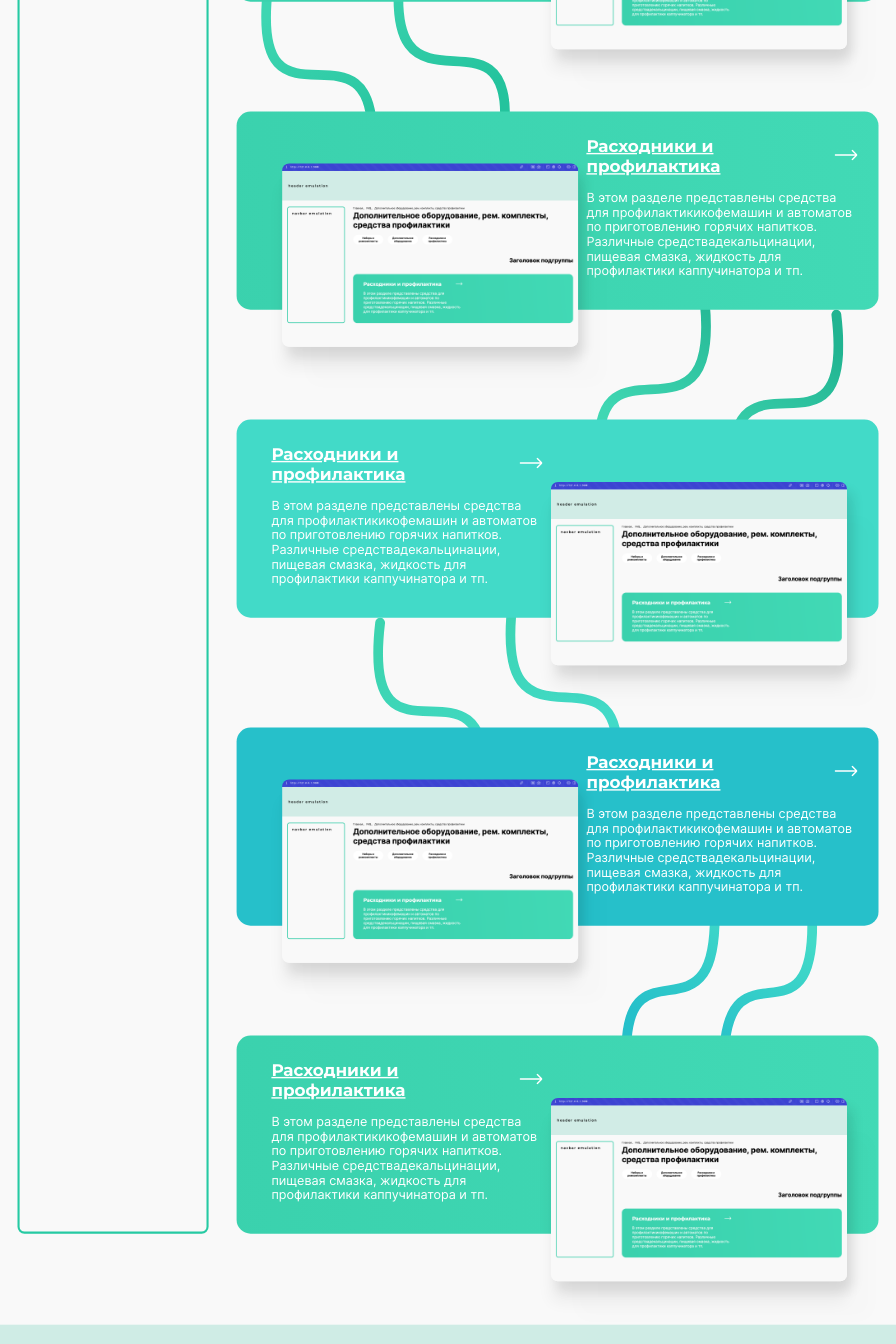
Repository: axonde/venpart-faq-pages
Page: index.html
The author's editor kept a copy of each file at every save. The page is drawn from the files as they stood at one save, then again after the next save.
The browser window is 1280 px wide. The pictures show the part of the page from y = 599 to 2519 px (the page is 2635 px tall), at 70% of full size.

Above is the page before, as saved 2024-02-28 20:08:32.

After the next save:
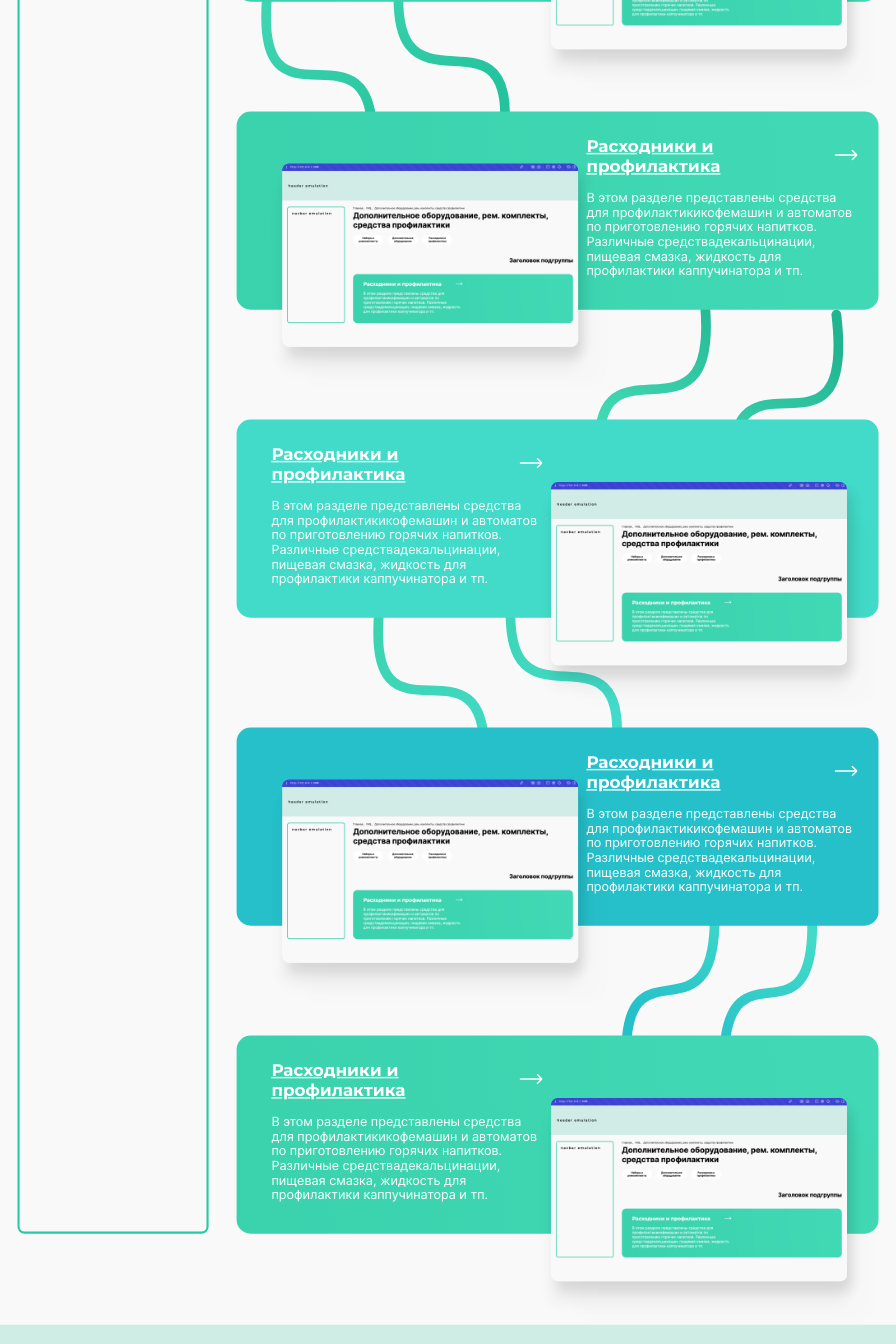
Saved 10 s later.
--- a/style.css
+++ b/style.css
@@ -573,7 +573,6 @@ scrollbar-width: none; /* Firefox */}
 	left: 35px;
 	z-index: -1;}
 .faq__item:nth-child(2n)::after {
-	/* content: url('decorations/decoration-1.svg'); */
 	background: url('decorations/decoration-2.svg');
 	width: 356px;
 	height: 287px;
@@ -584,7 +583,7 @@ scrollbar-width: none; /* Firefox */}
 	background: url('decorations/decoration-3.svg');
 	width: 356px;
 	height: 287px;
-	top: 80%;
+	/* top: 80%; */
 	left: 195px;}
 .faq__item:nth-child(4n)::after {
 	background: url('decorations/decoration-4.svg');
